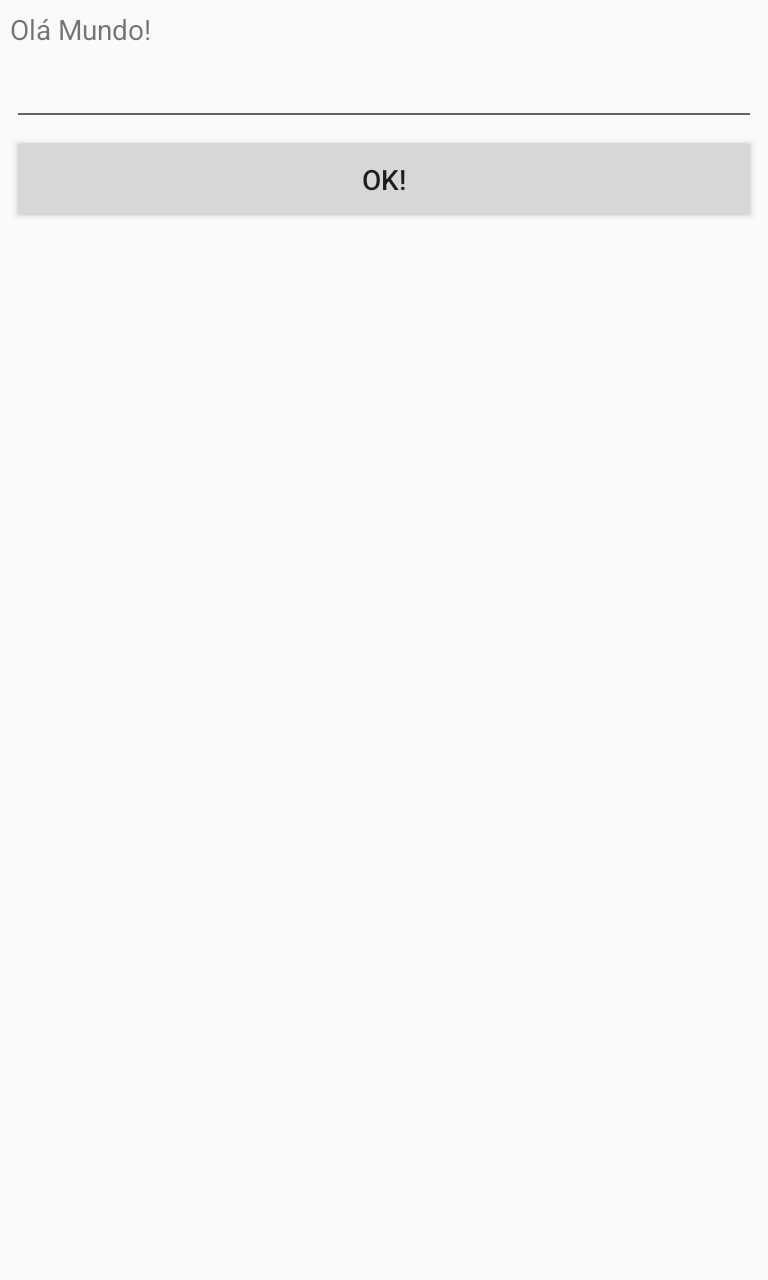
Repository: KaioWeb1/app-minhaCidade
Layout: OlaMundo/res/layout/principal.xml
These files come from the project's save history. The layout is drawn as it stood at one moment and after a run of saves; the edit follows.
It is drawn on a 768 x 1280 px phone screen (xhdpi) without system bars, with theme AppTheme; the app's code is not run.

Above is the layout before, as saved 2014-09-05 14:53:17.

### OlaMundo/res/layout/principal.xml
<LinearLayout xmlns:android="http://schemas.android.com/apk/res/android"
    xmlns:tools="http://schemas.android.com/tools"
    android:layout_width="match_parent"
    android:layout_height="match_parent"
    android:padding="5dp"
    android:orientation="vertical"
    >

    <TextView
        android:layout_width="wrap_content"
        android:layout_height="wrap_content"
        android:text="@string/hello_world" />

    <EditText
        android:layout_width="match_parent"
        android:layout_height="wrap_content"
        android:inputType="text"
        android:hint="@string/nome"/>

    <Button
        android:layout_width="match_parent"
        android:layout_height="wrap_content"
        android:text="@string/ok"
        />

</LinearLayout>

### OlaMundo/res/values/strings.xml
<?xml version="1.0" encoding="utf-8"?>
<resources>

    <string name="app_name">MinhaCidade</string>
    <string name="hello_world">Olá Mundo!</string>
    <string name="action_settings">Configurações</string>
    <string name="ok">OK!</string>
    <string name="nome"></string>

</resources>

Loaded but not shown: OlaMundo/res/values/styles.xml (common file); OlaMundo/res/values-v11/styles.xml (common file); OlaMundo/res/values-v14/styles.xml (common file)

After the next 2 saves:
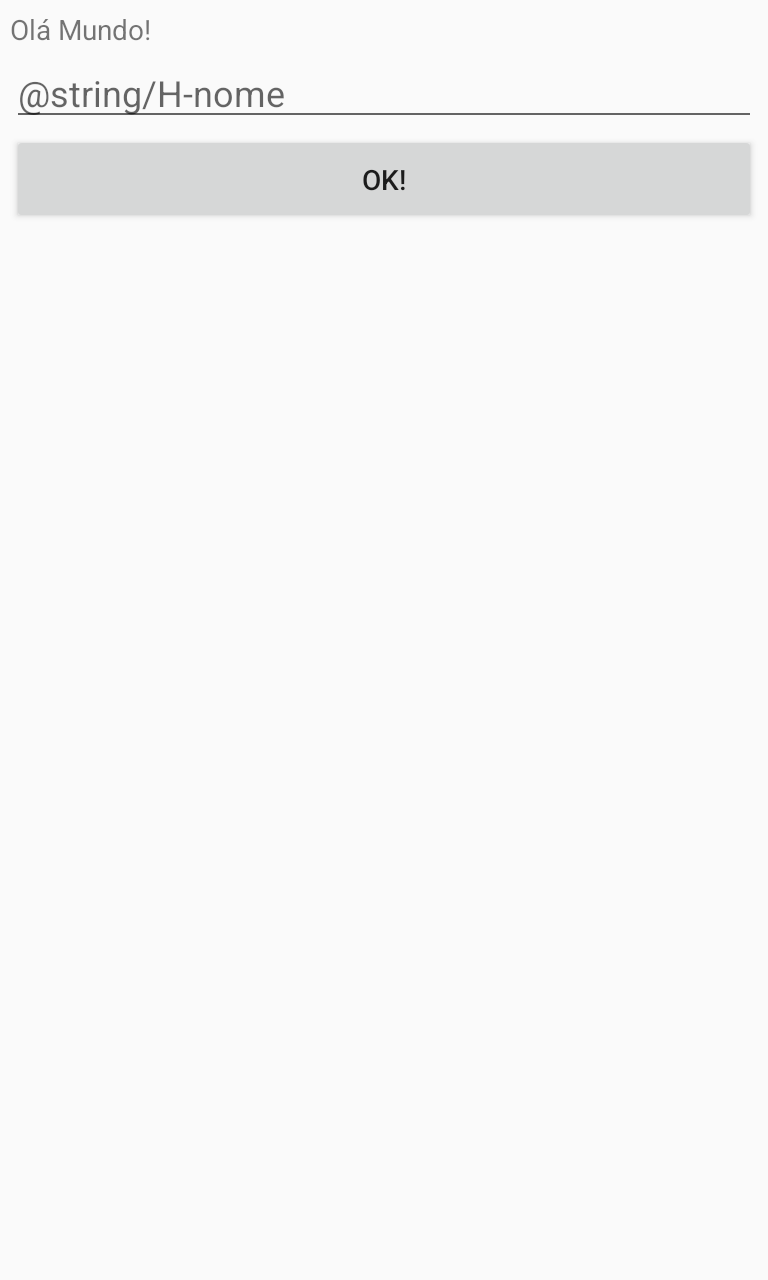
The 2 saves are shown as one change because 1 did not build or start.
The last was saved 19 s later.
--- a/OlaMundo/res/layout/principal.xml
+++ b/OlaMundo/res/layout/principal.xml
@@ -15,7 +15,7 @@
         android:layout_width="match_parent"
         android:layout_height="wrap_content"
         android:inputType="text"
-        android:hint="@string/nome"/>
+        android:hint="@string/H-nome"/>
 
     <Button
         android:layout_width="match_parent"
--- a/OlaMundo/res/values/strings.xml
+++ b/OlaMundo/res/values/strings.xml
@@ -5,6 +5,6 @@
     <string name="hello_world">Olá Mundo!</string>
     <string name="action_settings">Configurações</string>
     <string name="ok">OK!</string>
-    <string name="nome"></string>
+    <string name="H-nome">Digite seu nome</string>
 
 </resources>

After the save that followed:
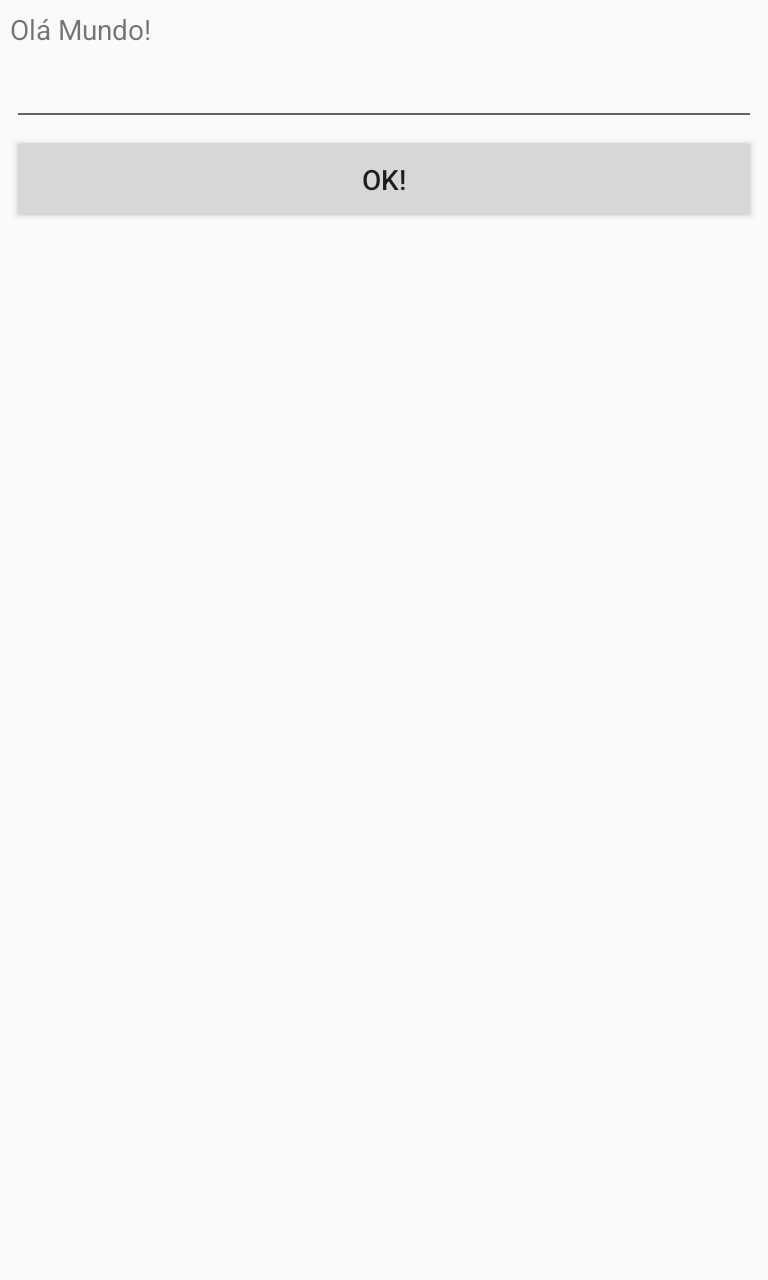
Saved 53 s later.
--- a/OlaMundo/res/layout/principal.xml
+++ b/OlaMundo/res/layout/principal.xml
@@ -15,7 +15,7 @@
         android:layout_width="match_parent"
         android:layout_height="wrap_content"
         android:inputType="text"
-        android:hint="@string/H-nome"/>
+        />
 
     <Button
         android:layout_width="match_parent"
